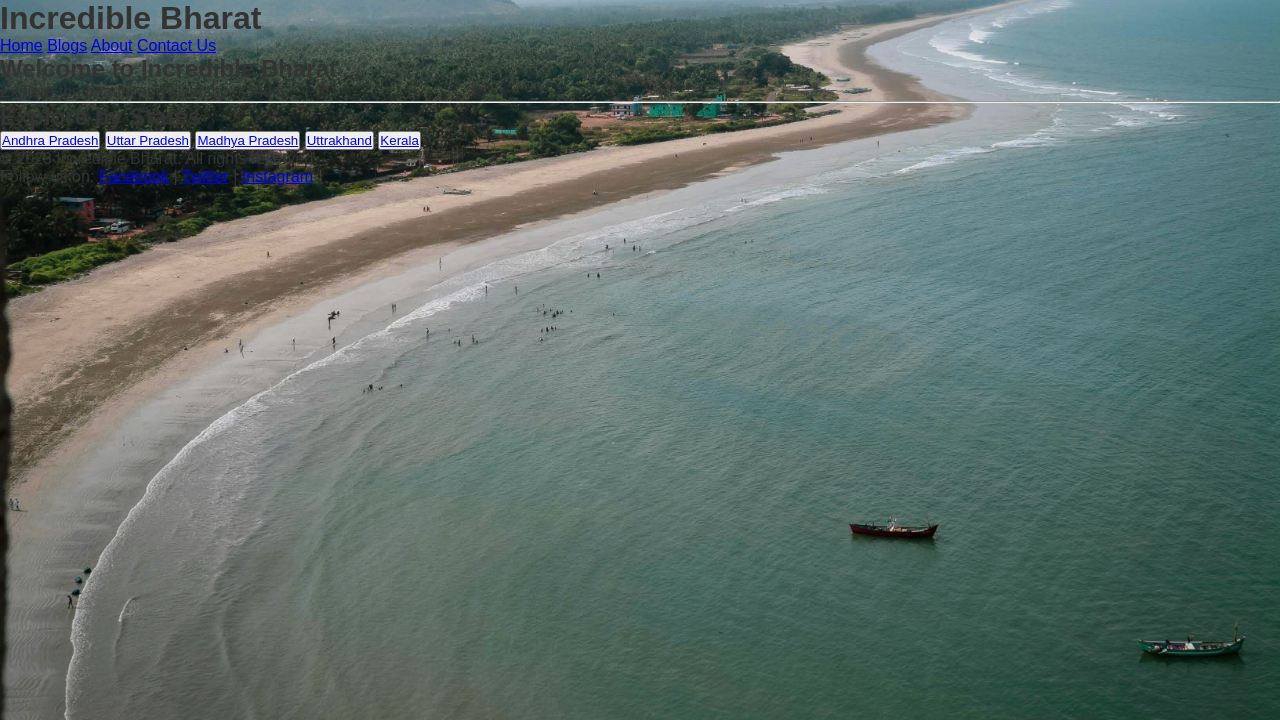
Repository: jaidhiman111/incrediblebharat
Page: index.html
An editor plug-in stored every save of this project. The page is shown before and after the next save, followed by the edit.
The browser window is 1280 px wide. The pictures show the whole page.

Above is the page before, as saved 2025-04-30 21:29:11.

After the next save:
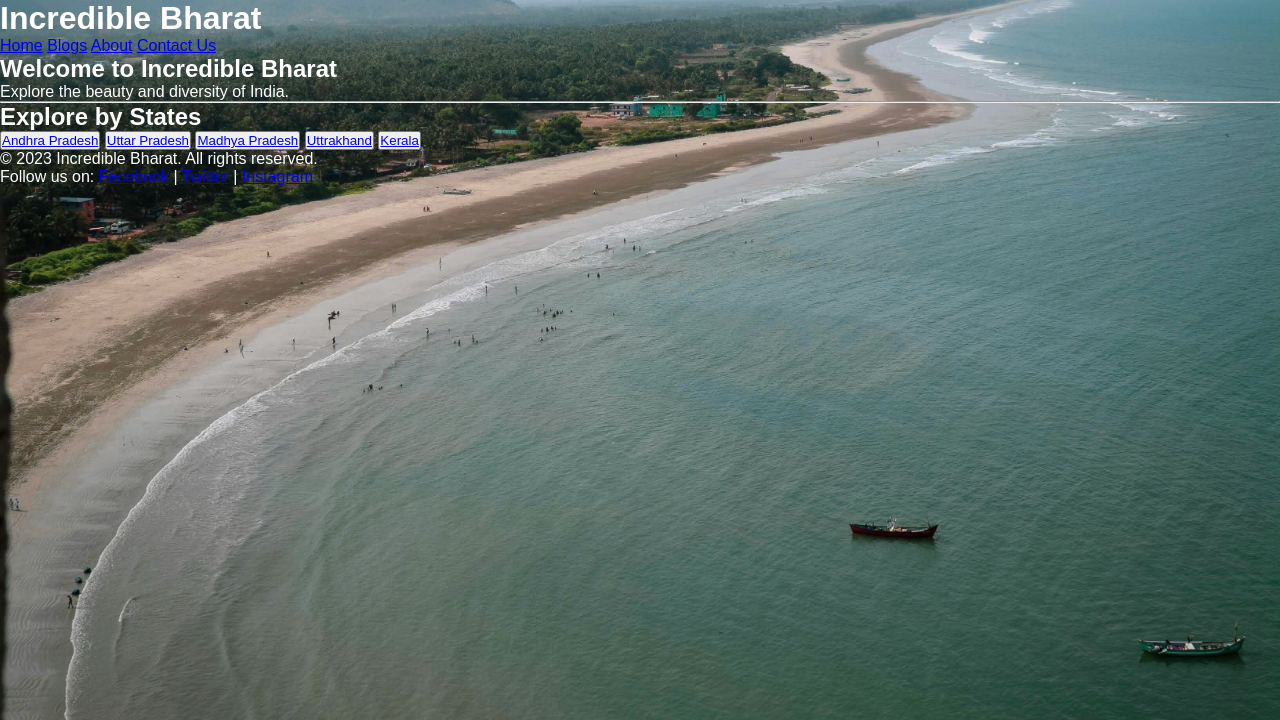
Saved 24 s later.
--- a/assets/style.css
+++ b/assets/style.css
@@ -10,5 +10,5 @@ body {
     background-size: cover;
     background-repeat: no-repeat;
     background-position: center;
-    color: #333;
+    color: #fff;
 }
